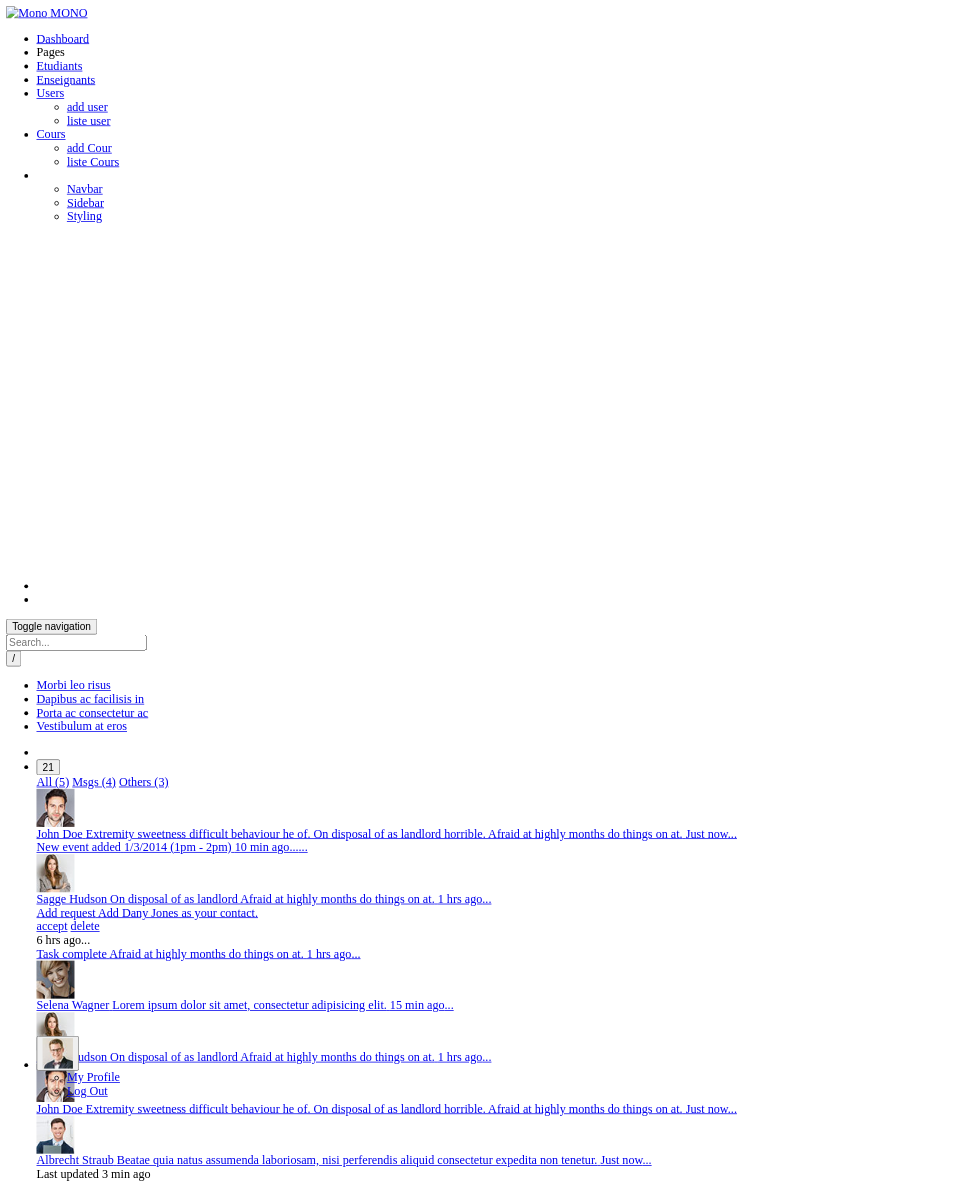
Repository: Grace-TGK/SchoolDay_Django_project
Page: templates/_partiels/navAdministrateur.html
These files come from the project's save history. The page is drawn as it stood at one moment and after the next save; the edit follows.
The browser window is 1280 px wide. The pictures show the whole page, at 76% of full size.
The template is drawn by Django 4.2. The application's start-up code is not run. The template is opened directly, without the code that normally fills it, so the values that code supplies are empty.

Above is the page before, as saved 2023-08-22 20:31:21.
Console error: ReferenceError: NProgress is not defined

After the next save:
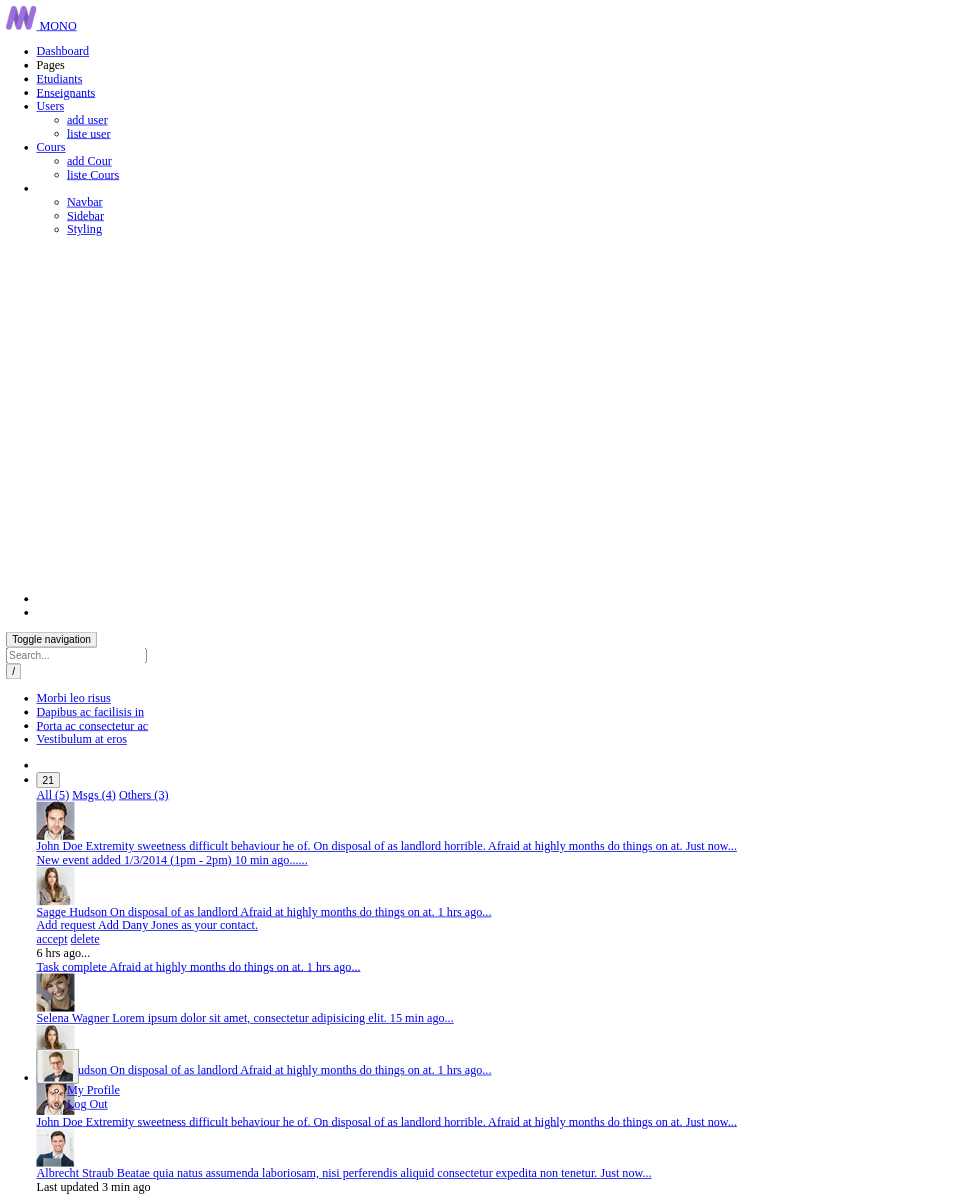
Saved 8 s later.
--- a/templates/_partiels/navAdministrateur.html
+++ b/templates/_partiels/navAdministrateur.html
@@ -24,7 +24,7 @@
               <!-- Aplication Brand -->
               <div class="app-brand">
                 <a href="https://demo.themefisher.com/index.html">
-                  <img src="{% url 'images/logo.png' %}" alt="Mono">
+                  <img src="{% static 'images/logo.png' %}" alt="Mono">
                   <span class="brand-name">MONO</span>
                 </a>
               </div>
